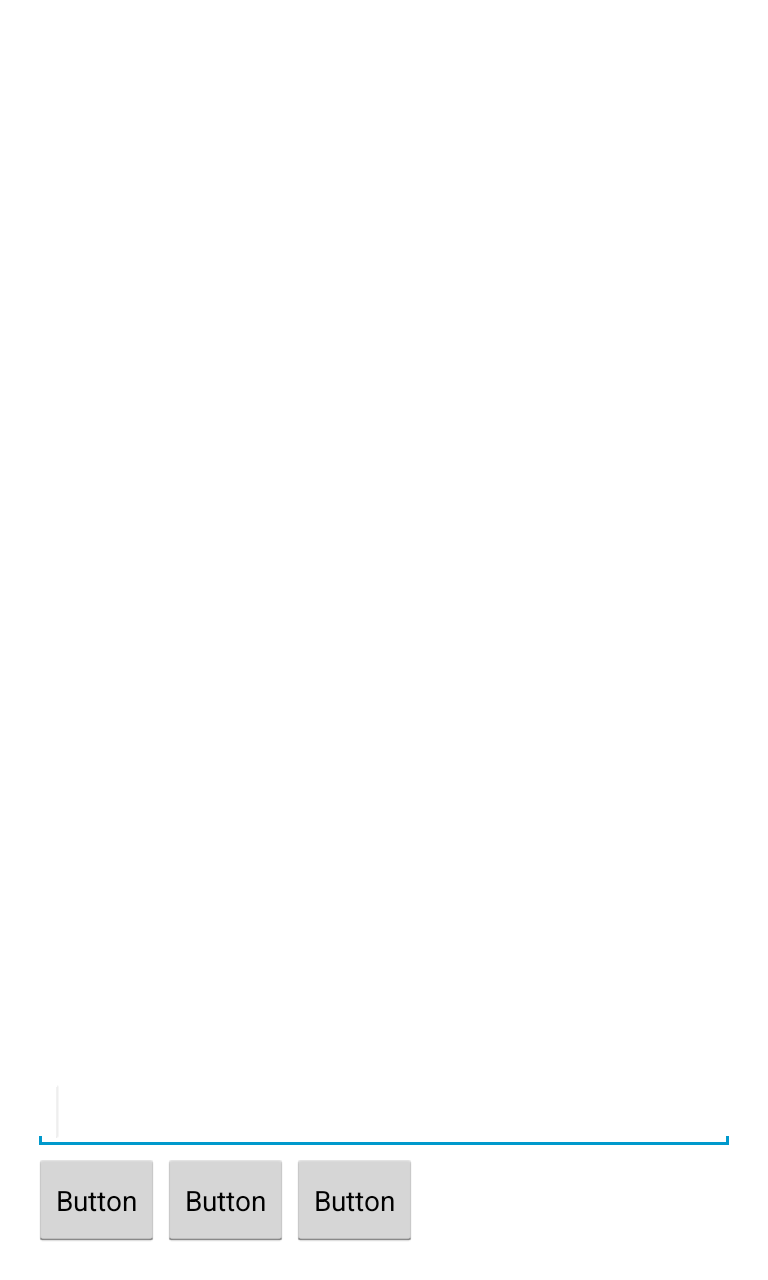
Repository: heatherpriceonline/tapia2014
Layout: Now/res/layout/activity_main.xml
These files come from the project's save history. The layout is drawn as it stood at one moment and after the next save; the edit follows.
It is drawn on a 768 x 1280 px phone screen (xhdpi) without system bars, with theme AppTheme; the app's code is not run.

Above is the layout before, as saved 2014-02-08 19:34:27.

After the next save:
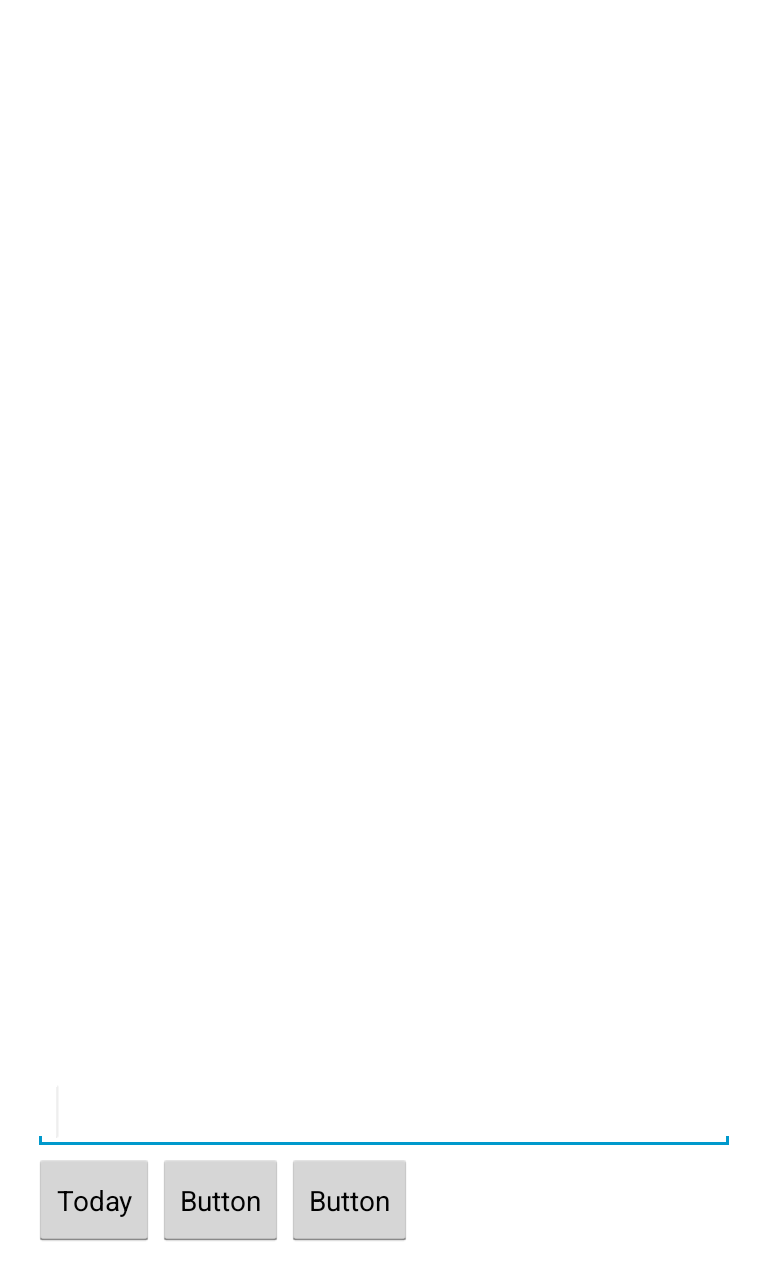
Saved 27 s later.
--- a/Now/res/layout/activity_main.xml
+++ b/Now/res/layout/activity_main.xml
@@ -56,7 +56,7 @@
                             style="?android:attr/buttonStyleSmall"
                             android:layout_width="wrap_content"
                             android:layout_height="wrap_content"
-                            android:text="Button" />
+                            android:text="@string/today" />
 
                         <Button
                             android:id="@+id/button2"
